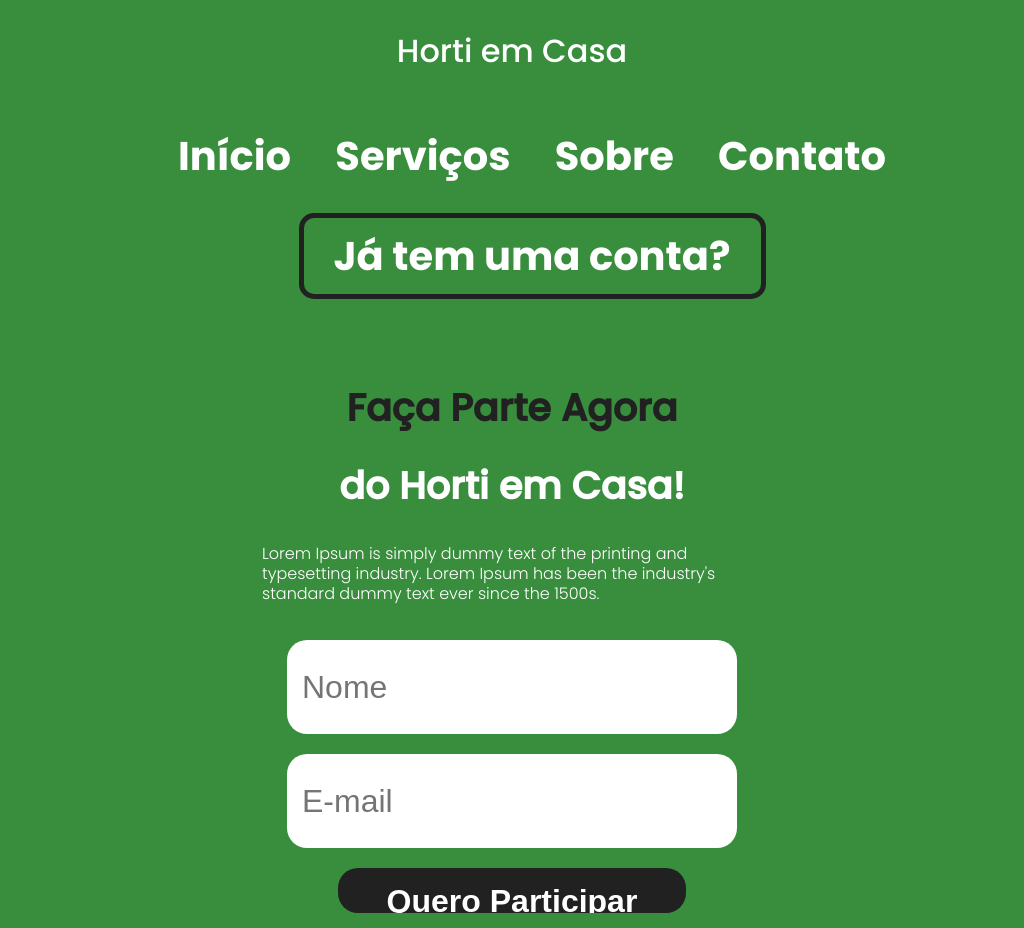
Repository: gabrielcastroo/horti-em-casa
Page: index.html
The author's editor kept a copy of each file at every save. The page is drawn from the files as they stood at one save, then again after the next save.
The browser window is 1024 px wide. The pictures show the whole page.

Above is the page before, as saved 2022-04-26 12:23:07.

After the next save:
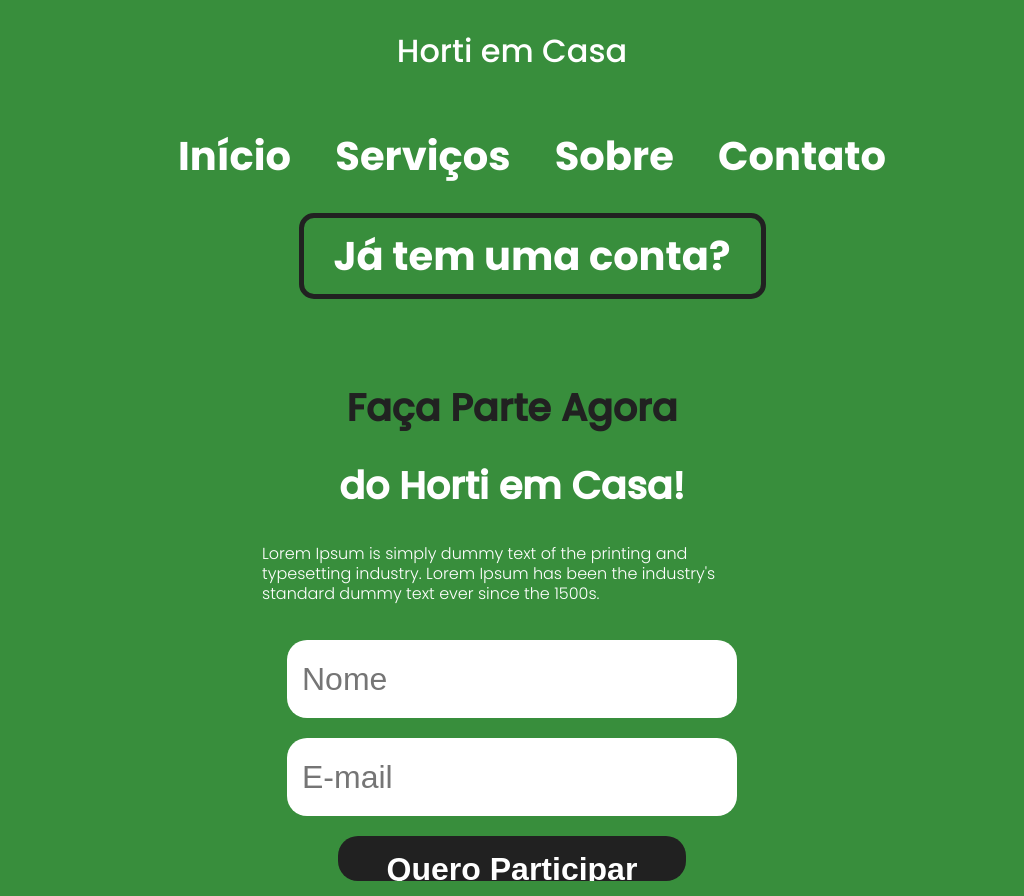
Saved 25 s later.
--- a/styles/media.css
+++ b/styles/media.css
@@ -24,7 +24,7 @@
     input{
         align-self: center;
         font-size: 2em;
-        height: 2em;
+        height: 1.5em;
     }
 
     img{
